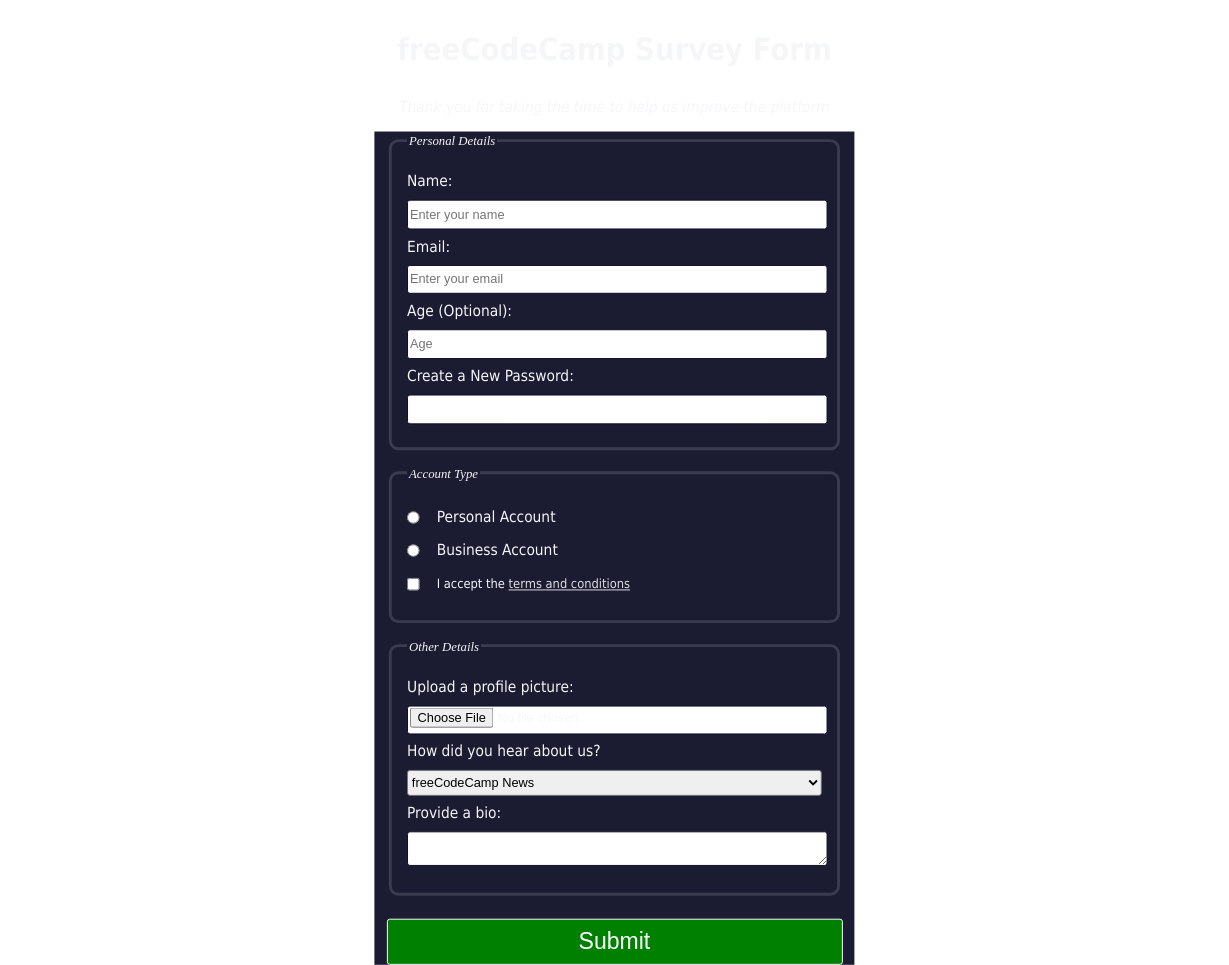
Repository: Lungdjos/survey_form_certification
Page: index.html
An editor plug-in stored every save of this project. The page is shown before and after the next save, followed by the edit.
The browser window is 1280 px wide. The pictures show the whole page, at 96% of full size.

Above is the page before, as saved 2023-09-30 02:21:17.

After the next save:
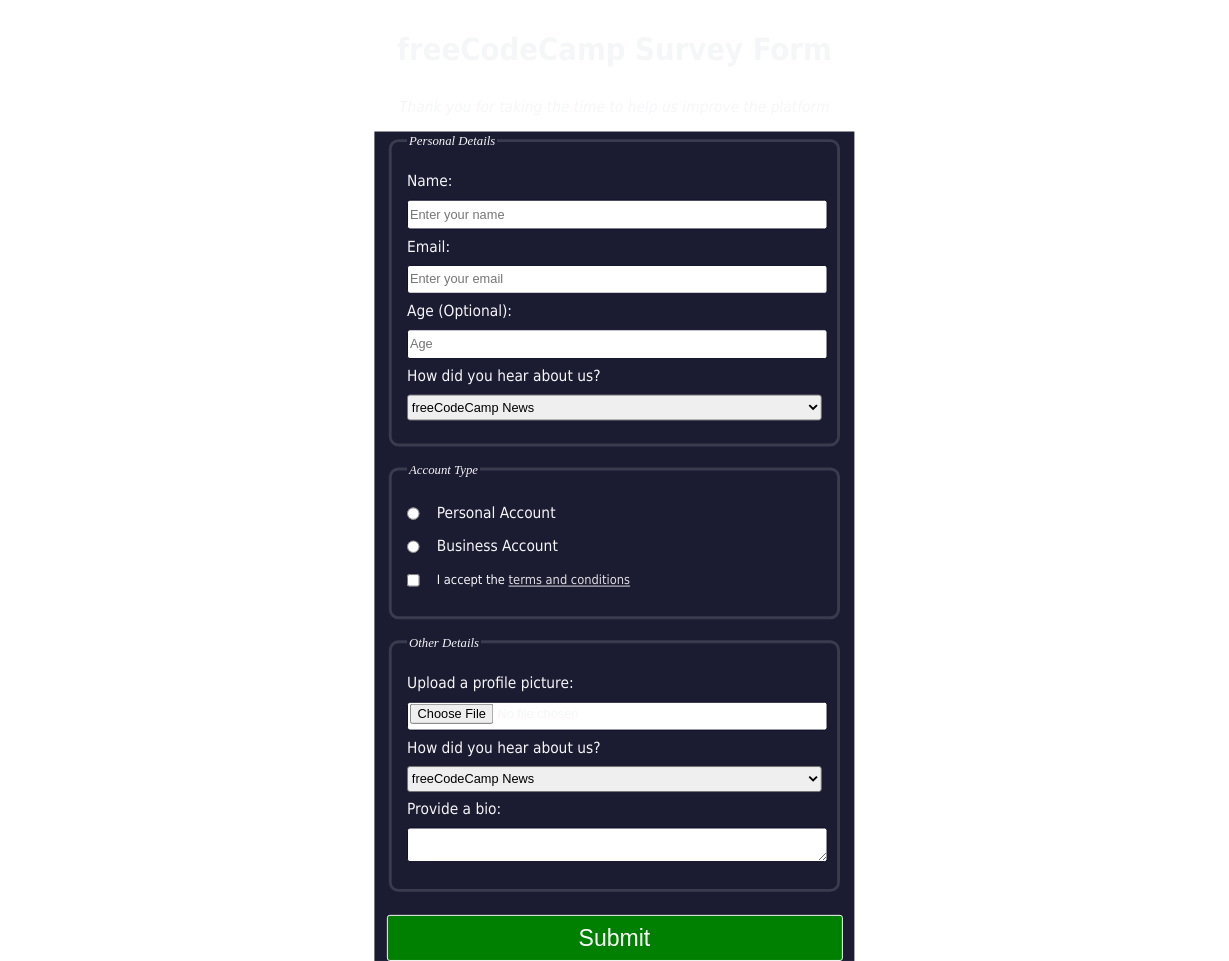
Saved 30 s later.
--- a/index.html
+++ b/index.html
@@ -17,8 +17,15 @@
             <label for="name">Name: <input type="text" id="name" name="name" placeholder="Enter your name" required> </label>
             <label for="email">Email: <input type="email" id="email" name="email" placeholder="Enter your email" required> </label>
             <label for="age">Age (Optional): <input type="number" name="age" id="age" min="13" max="100" placeholder="Age"> </label>
-            <label for="new-password">Create a New Password: <input type="password" name="password" id="new-password" pattern="[A-Za-z0-9]{8,}" minlength="8" required> </label>
-
+            <label for="referrer"> How did you hear about us?
+                <select name="referrer" id="referrer">
+                    <option value="">(select one)</option>
+                    <option value="1" selected name="news">freeCodeCamp News</option>
+                    <option value="2" name="youtube" >freeCodeCamp YouTube Channel</option>
+                    <option value="3" name="forum" >freeCodeCamp Forum</option>
+                    <option value="4" name="other" >Other</option>
+                </select>
+            </label>
         </fieldset>
         <fieldset>
             <legend> <small>Account Type</small></legend>
